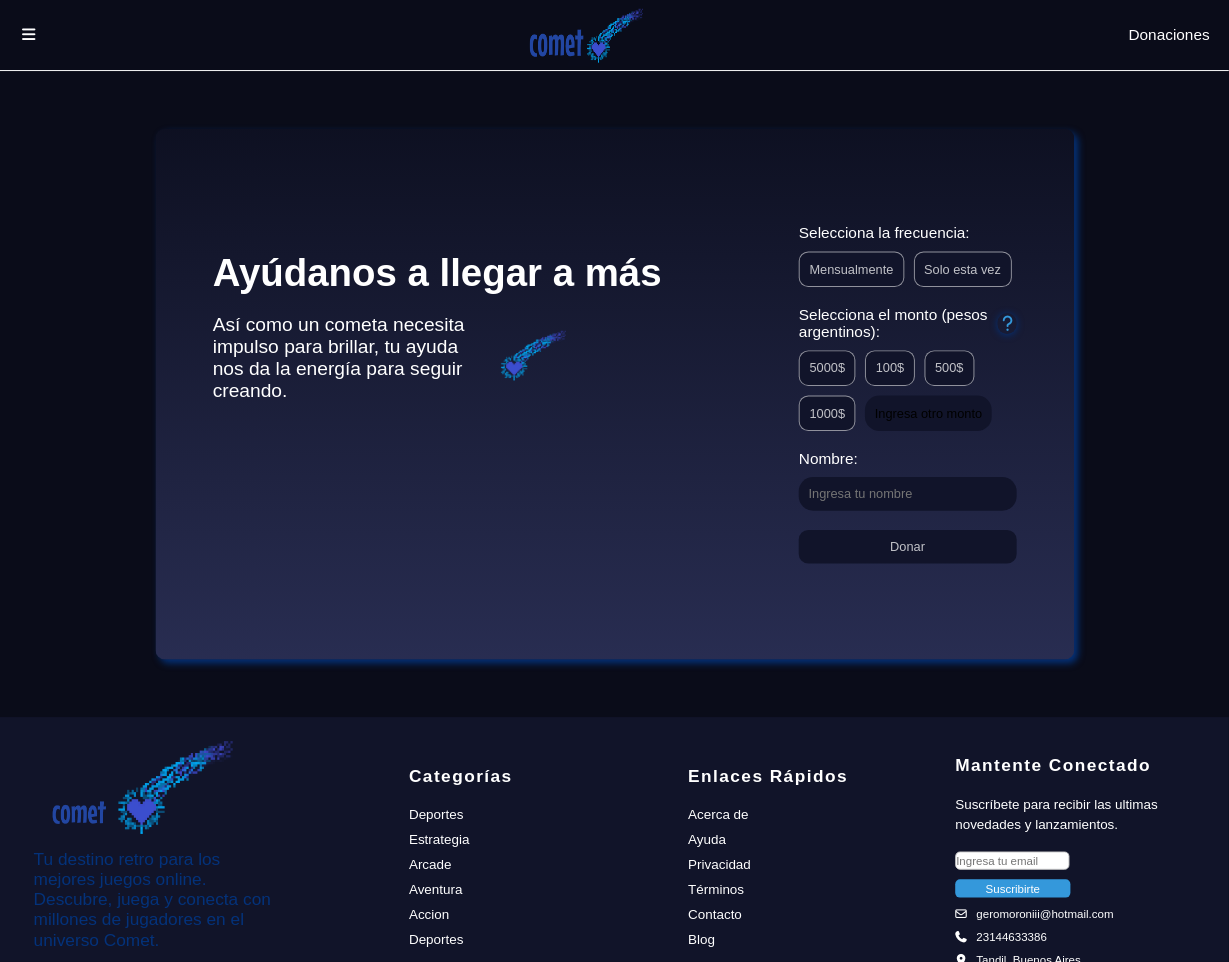
Repository: NahuCaporale/Interfaces
Page: TP2/donaciones.html
An editor plug-in stored every save of this project. The page is shown before and after the next save, followed by the edit.
The browser window is 1280 px wide. The pictures show the whole page, at 96% of full size.
Some web fonts or font styles are not loaded; a fallback is used. Some web libraries are served in a nearby version.

Above is the page before, as saved 2025-09-29 21:10:05.

After the next save:
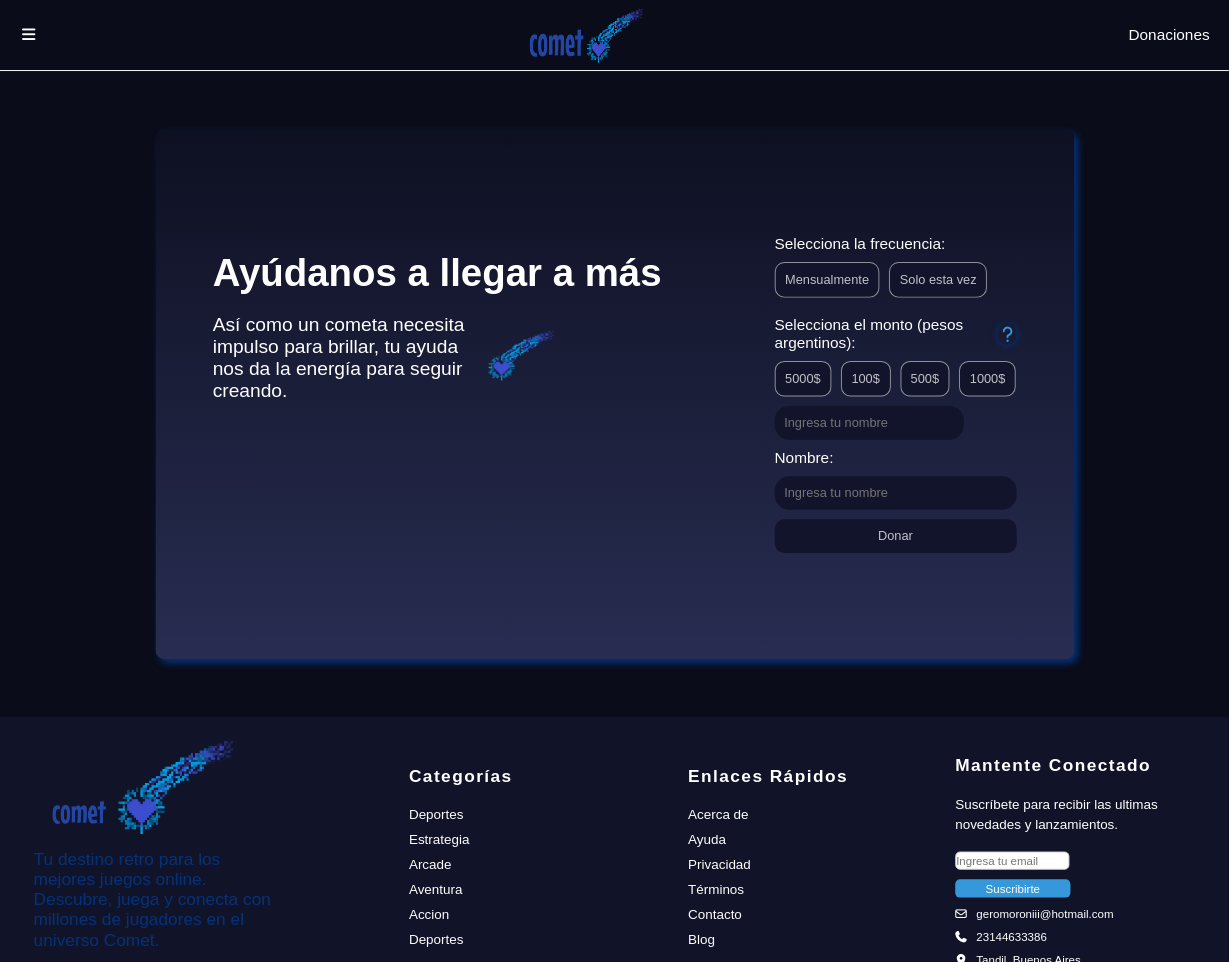
Saved 15 s later.
--- a/TP2/donaciones.html
+++ b/TP2/donaciones.html
@@ -60,7 +60,7 @@
                             <button type="button">100$</button>
                             <button type="button">500$</button>
                             <button type="button">1000$</button>
-                            <input type="button" value="Ingresa otro monto">
+                        <input type="text" id="donador-nombre" name="donador-nombre" placeholder="Ingresa tu nombre"
                         </div>
                     </div>
                     <div class="nombre">
